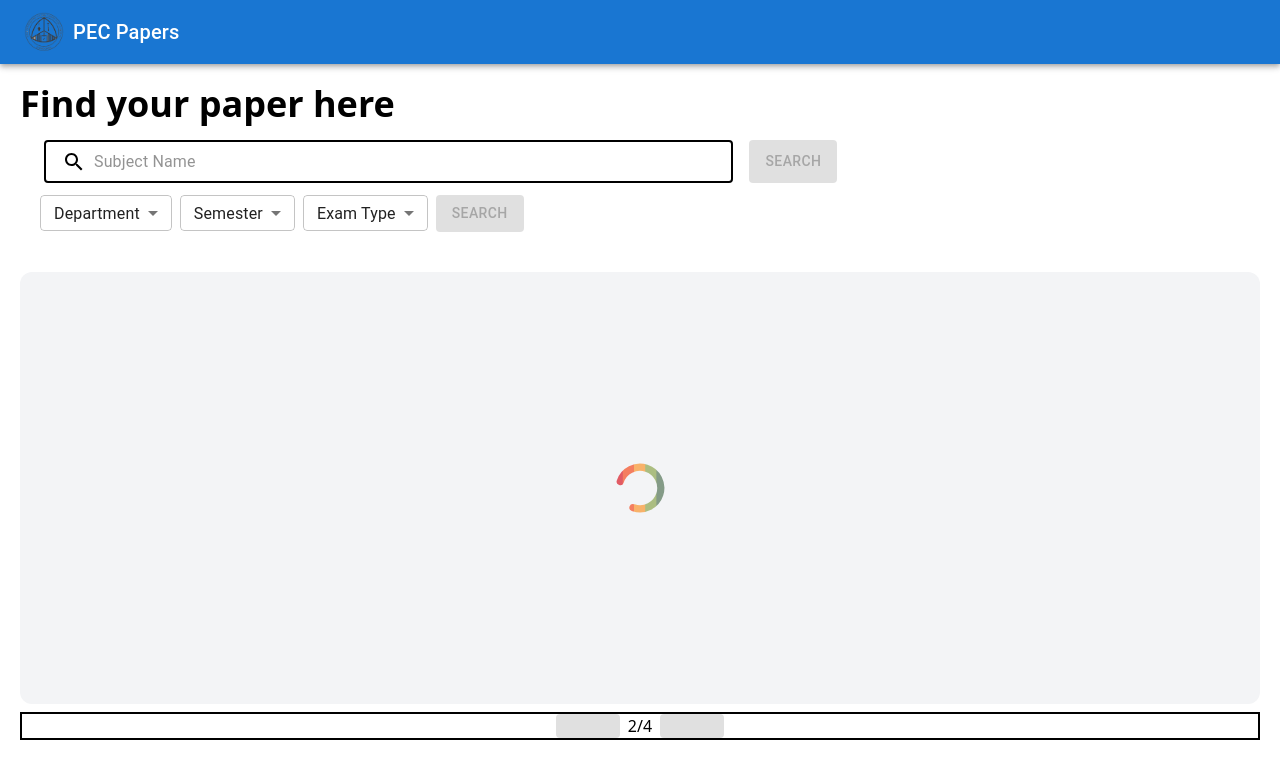
Repository: SUGAM-ARORA/pecpapers
Page: /browse (app in frontend/)
An editor plug-in stored every save of this project. The page is shown before and after the next save, followed by the edit.
The browser window is 1280 px wide. The pictures show the whole page.
The page's requests for data from a server got no answer. The project was rebuilt for these pictures with package versions that can differ from the ones it lists, and the page was loaded fresh each time. Some packages were replaced by stand-ins written for this rebuild. No one was signed in, and anything a server would have sent is missing. Also part of the build but not shown: frontend/vite.config.js, frontend/src/Components/AnimatedText.jsx, frontend/src/Components/Hero.jsx, frontend/src/Components/Footer.jsx, frontend/src/Components/Login.jsx, frontend/src/Components/PaperDisplay.jsx, frontend/src/Components/ProtectedRoute.jsx.

Above is the page before, as saved 2025-07-17 19:23:48.

After the next save:
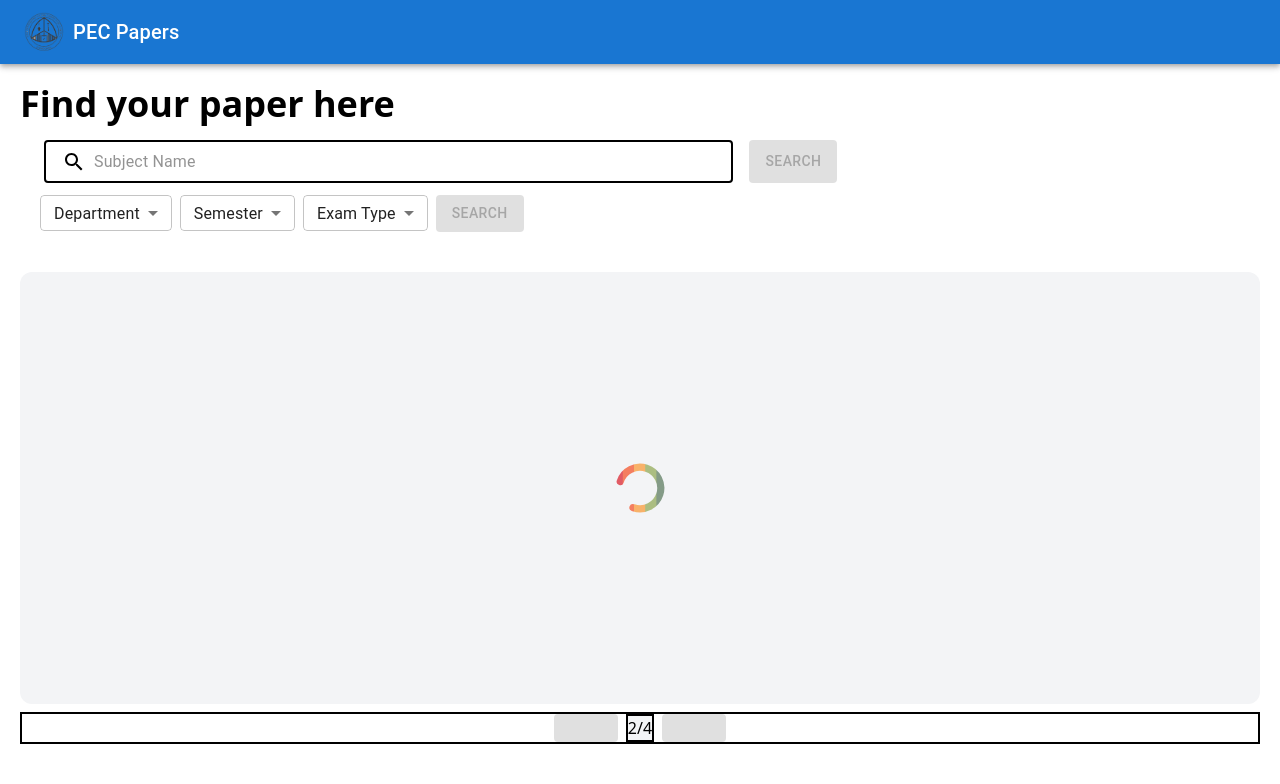
Saved 28 s later.
--- a/frontend/src/Pages/Browse.jsx
+++ b/frontend/src/Pages/Browse.jsx
@@ -269,7 +269,7 @@ const Browse = () => {
       <div className='border-2 border-black w-full mt-2 flex items-center justify-center'>
         <div className='flex flex-row gap-2'>
           <Button variant='contained' onClick={getFilteredPapers} disabled={loading}></Button>
-          <span>2/4</span>
+          <span className='border-2 border-black bg-gray-100'>2/4</span>
            <Button variant='contained' onClick={getFilteredPapers} disabled={loading}></Button>
         </div>
       </div>
